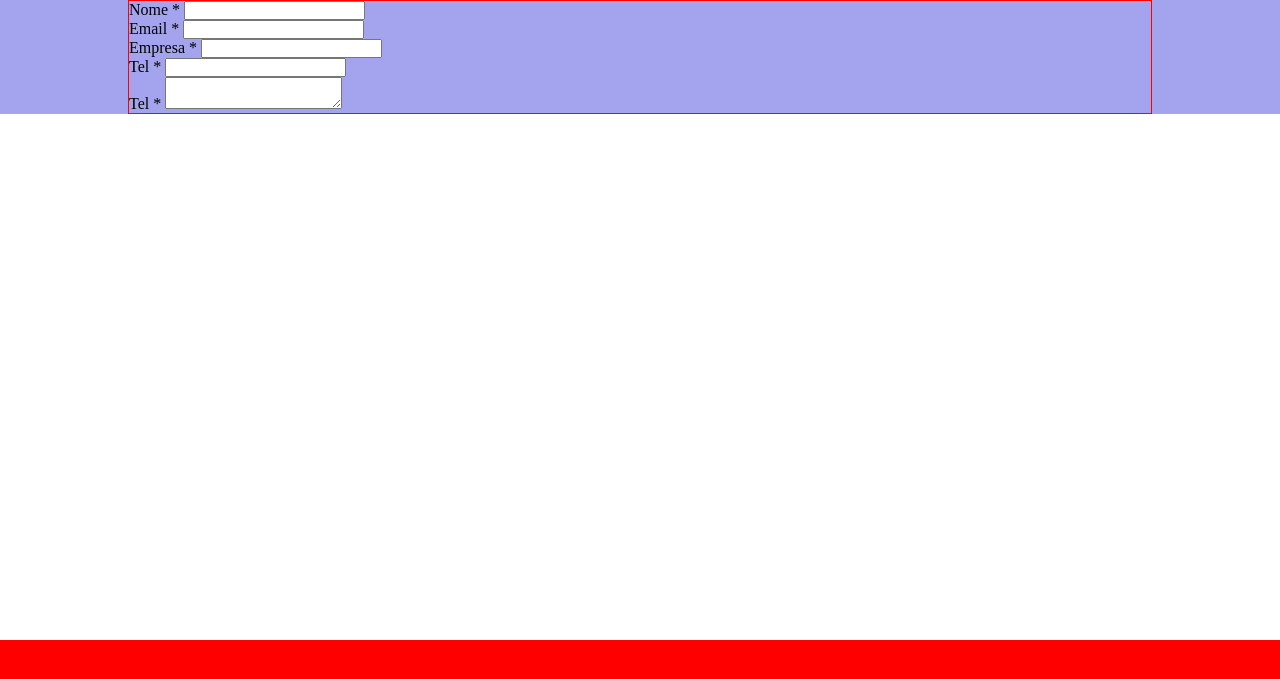
Repository: ecrseer/contatenos-html-js
Page: contatenos.html
The author's editor kept a copy of each file at every save. The page is drawn from the files as they stood at one save, then again after the next save.
The browser window is 1280 px wide. The pictures show the whole page.

Above is the page before, as saved 2021-12-27 14:30:42.

After the next save:
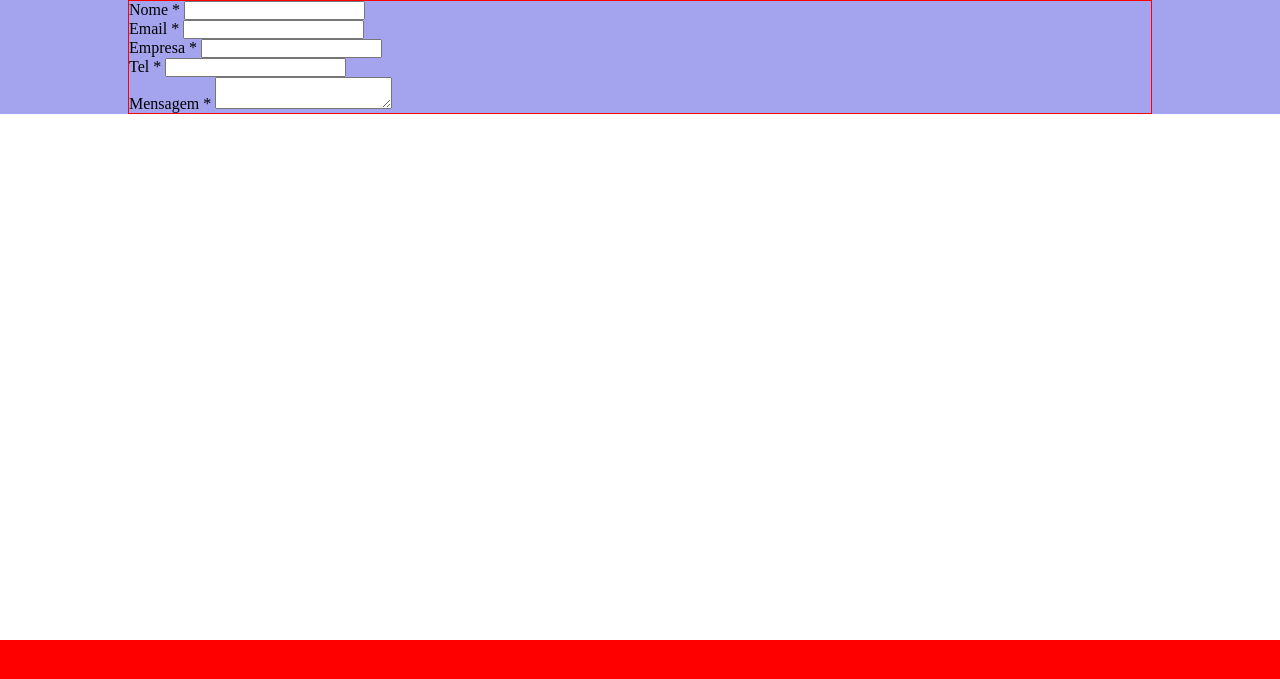
Saved 5 s later.
--- a/contatenos.html
+++ b/contatenos.html
@@ -31,7 +31,7 @@
                 <input type="text">
             </div>
             <div>
-                <label for="Tel">Tel *</label>
+                <label for="Tel">Mensagem *</label>
                 <textarea></textarea>
             </div>
 
